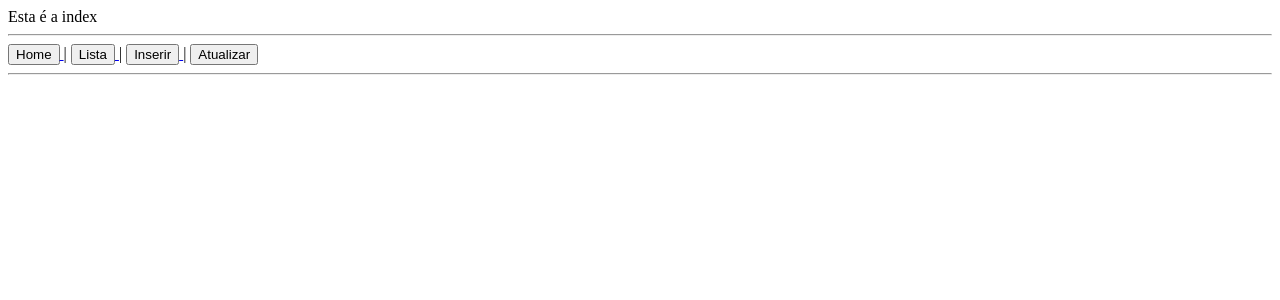
Repository: vivian-nakano/Projetos-Spring
Page: webmvc/src/main/resources/static/index.html
These files come from the project's save history. The page is drawn as it stood at one moment and after the next save; the edit follows.
The browser window is 1280 px wide. The pictures show the whole page.
Some web libraries are served in a nearby version.

Above is the page before, as saved 2020-11-09 19:37:09.
Console error: SyntaxError: Unexpected token ';'

After the next save:
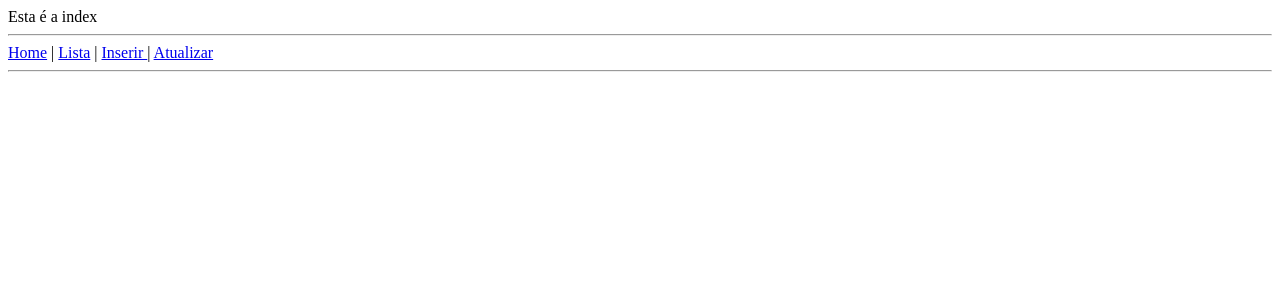
Saved 3 min 2 s later.
--- a/webmvc/src/main/resources/static/index.html
+++ b/webmvc/src/main/resources/static/index.html
@@ -14,19 +14,10 @@
 	Esta é a index
 	<hr>
 
-		<a href="index.html">
-		<button> Home </button>
-	</a> |
-	<a href="lista.html">
-		<button> Lista </button>
-	</a> |
-	<a href="inserir.html">
-		<button> Inserir </button>
-	</a> |
-	<a href="atualizar.html">
-		<button> Atualizar </button>
-	</a>
-
+		<a href="index.html">Home</a> |
+	<a href="lista.html">Lista</a> |
+	<a href="inserir.html">Inserir </a> |
+	<a href="atualizar.html">Atualizar </a>
 
 	<hr>
 
